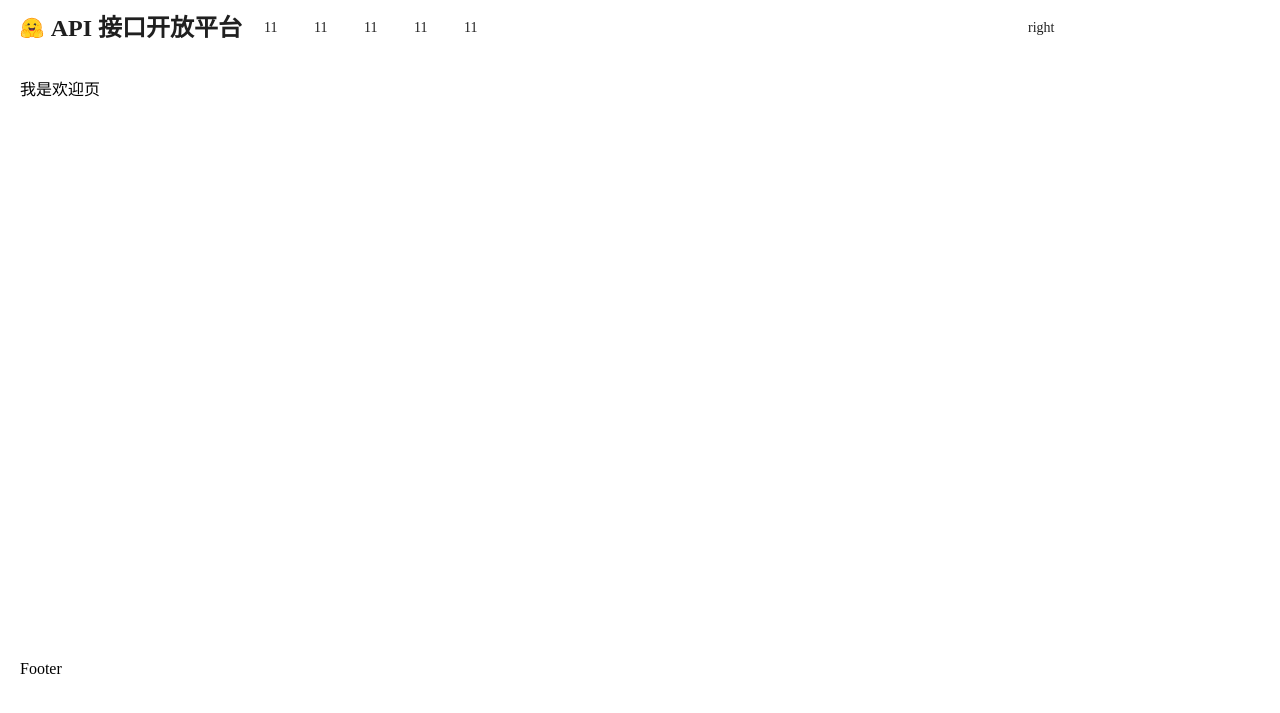
Repository: 202100202078/SignInBox
Page: /
The author's editor kept a copy of each file at every save. The page is drawn from the files as they stood at one save, then again after the next save.
The browser window is 1280 px wide. The pictures show the whole page.
The project was rebuilt for these pictures with package versions that can differ from the ones it lists, and the page was loaded fresh each time. Also part of the build but not shown: vite.config.js, src/components/FilterLayout.vue, src/components/PageFooter.vue, src/components/TableLayout.vue, src/components/ToolTip.vue.

Above is the page before, as saved 2023-11-23 20:33:58.

### src/main.js
import { createApp } from 'vue'
import '@/assets/base.scss'
import pinia from '@/stores/index'
import App from './App.vue'
import router from './router'
import ElementPlus from 'element-plus'
import 'element-plus/dist/index.css'

const app = createApp(App)

app.use(ElementPlus)
app.use(pinia)
app.use(router)

app.mount('#app')

### src/assets/base.scss
* {
  margin: 0px;
  padding: 0px;
  box-sizing: border-box;
}

ul {
  list-style:none;
}

li {
  list-style-type:none;
}

### src/stores/index.js
//将pinia相关代码整合至此
import { createPinia } from 'pinia'
import persist from 'pinia-plugin-persistedstate'

const pinia = createPinia()
pinia.use(persist)

export default pinia

export * from './modules/user'

### src/router/index.js
import { createRouter, createWebHistory } from 'vue-router'

const router = createRouter({
  history: createWebHistory(import.meta.env.BASE_URL),
  routes: [
    {
      path: '/login',
      name: 'login',
      component: () => import('@/views/login/LoginPage.vue')
    },
    {
      path: '/',
      name: 'home',
      component: () => import('@/views/layout/LayOutContainer.vue'),
      redirect: '/home/welcome',
      children: [
        {
          path: '/home/welcome',
          name: 'welcome',
          component: () => import('@/views/home/WelcomePage.vue')
        },
        {
          path: '/home/interface',
          name: 'interface',
          component: () => import('@/views/home/InterfacePage.vue')
        },
        {
          path: '/home/recharge',
          name: 'recharge',
          component: () => import('@/views/home/RechargePage.vue')
        },
        {
          path: '/home/order',
          name: 'order',
          component: () => import('@/views/home/OrderPage.vue')
        },
        {
          path: '/admin/interface',
          name: 'adminInterface',
          component: () => import('@/views/admin/InterfacePage.vue')
        },
        {
          path: '/admin/recharge',
          name: 'adminRecharge',
          component: () => import('@/views/admin/RechargePage.vue')
        },
        {
          path: '/admin/user',
          name: 'adminUser',
          component: () => import('@/views/admin/UserPage.vue')
        }
      ]
    },
    {
      path: '/:pathMatch(.*)',
      component: () => import('@/views/Else/ElsePage.vue')
    }
  ]
})

export default router

### src/stores/modules/user.js
import { defineStore } from 'pinia'
import { ref } from 'vue'

export const useUserStore = defineStore(
  'interface-user',
  () => {
    //用户标识
    const token = ref('')
    const setToken = (t) => {
      token.value = t
    }
    return {
      token,
      setToken
    }
  },
  {
    persist: true,
    key: 'interface-token',
    paths: ['token']
  }
)

### src/views/layout/LayOutContainer.vue
<script setup></script>

<template>
  <div class="my-layout">
    <el-container>
      <el-header>
        <div class="el-header-left">
          <a @click="$router.replace('/')">
            <img
              height="22"
              weight="auto"
              src="@/assets/avg/logo.svg"
              alt="logo"
            />
            <h1>API 接口开放平台</h1>
          </a>
        </div>
        <div class="el-header-main">
          <ul class="el-header-main-menu">
            <li><span>1</span><span>1</span></li>
            <li><span>1</span><span>1</span></li>
            <li><span>1</span><span>1</span></li>
            <li><span>1</span><span>1</span></li>
            <li><span>1</span><span>1</span></li>
          </ul>
        </div>
        <div class="el-header-right">right</div>
      </el-header>
      <el-main>
        <router-view></router-view>
      </el-main>
      <el-footer>Footer</el-footer>
    </el-container>
  </div>
</template>

<style lang="scss" scoped>
.my-layout {
  height: 100vh;
  .el-container {
    height: 100%;
    .el-header {
      position: fixed;
      left: 0;
      top: 0;
      display: flex;
      width: 100%;
      font-size: 14px;
      height: 56px;
      color: #000000e0;
      line-height: 56px;
      background-color: rgba(255, 255, 255, 0.6);
      z-index: 100;
      transition: background-color 0.3s cubic-bezier(0.645, 0.045, 0.355, 1);
      .el-header-left {
        width: 222px;
        > a {
          display: flex;
          justify-content: space-between;
          align-items: center;
          min-height: 22px;
          font-size: 16px;
          cursor: pointer;
        }
      }
      .el-header-main {
        display: flex;
        align-items: center;
        padding: 6px;
        flex: 1;
        .el-header-main-menu {
          width: 100%;
          display: flex;
          align-items: center;
          li {
            padding: 0 16px;
            width: 50px;
          }
        }
      }
      .el-header-right {
        width: 232px;
      }
    }
    .el-main {
      margin-top: 56px;
    }
  }
}
</style>

### src/views/home/WelcomePage.vue
<template>
  <div>我是欢迎页</div>
</template>

Loaded but not shown: index.html (common file); src/App.vue (common file)

After the next save:
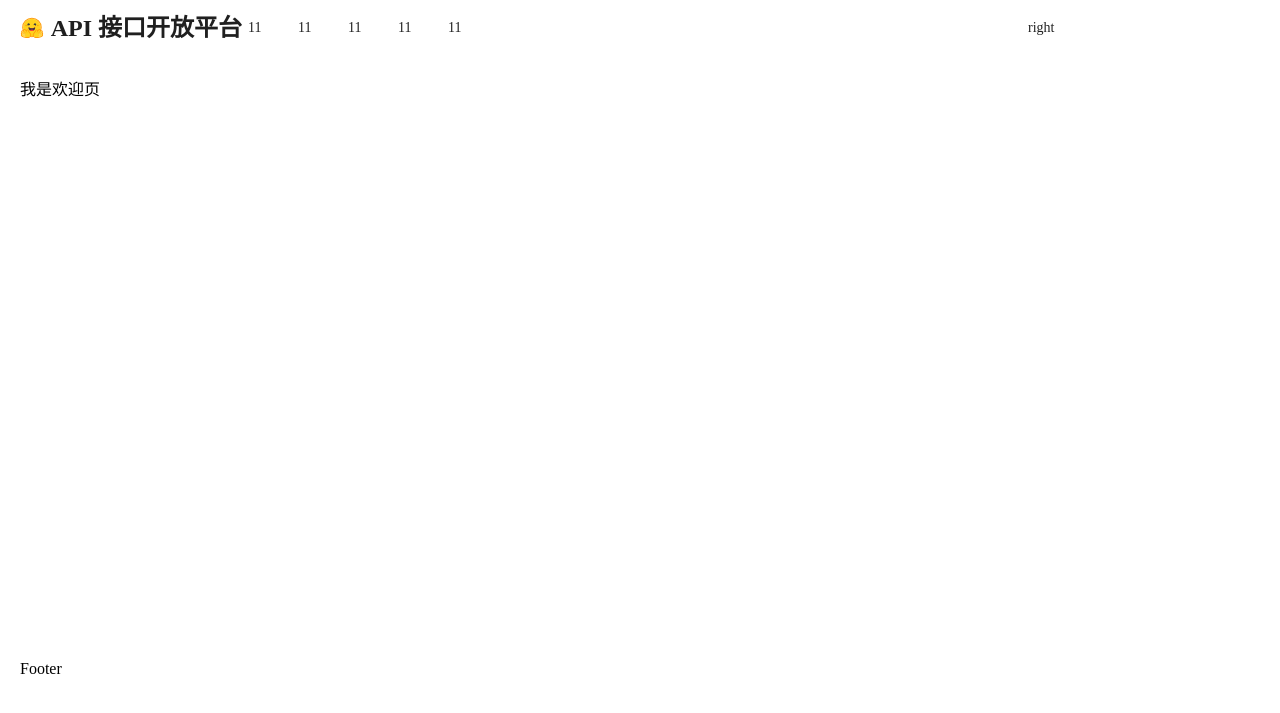
Saved 85 s later.
--- a/src/views/layout/LayOutContainer.vue
+++ b/src/views/layout/LayOutContainer.vue
@@ -73,7 +73,7 @@
           display: flex;
           align-items: center;
           li {
-            padding: 0 16px;
+            // padding: 0 16px;
             width: 50px;
           }
         }

After the save that followed:
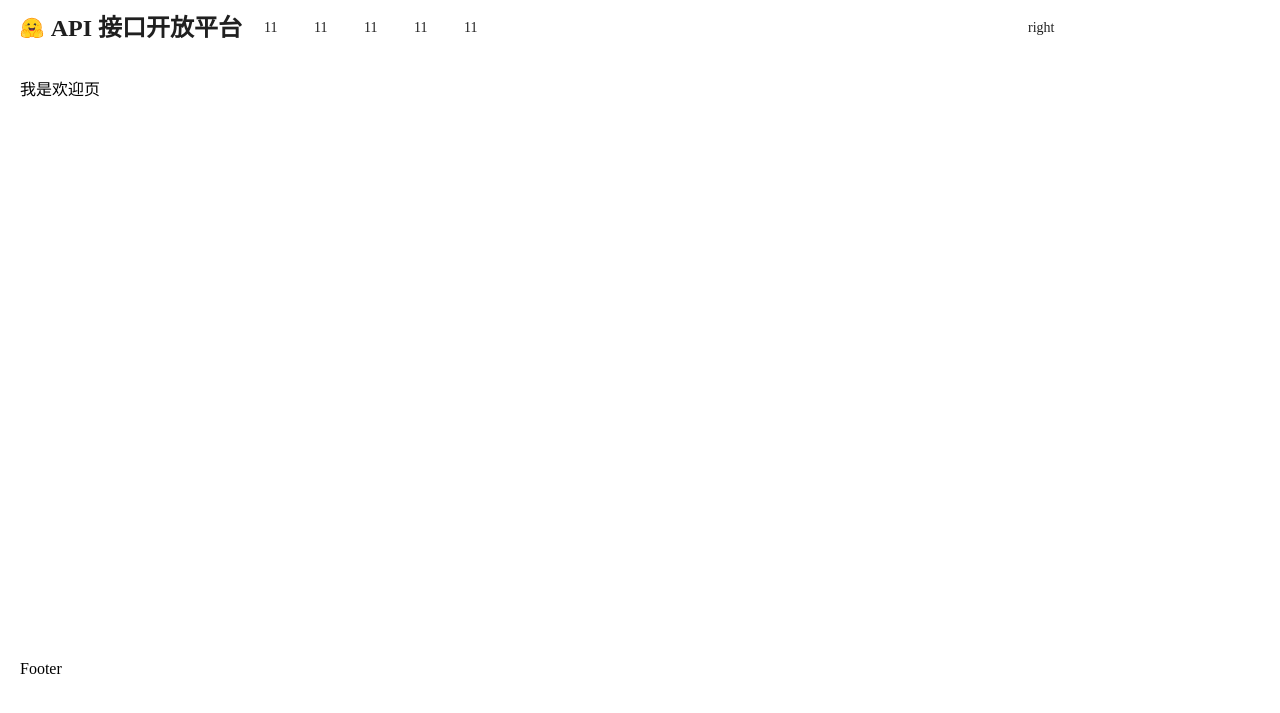
Saved 19 s later.
--- a/src/views/layout/LayOutContainer.vue
+++ b/src/views/layout/LayOutContainer.vue
@@ -74,6 +74,8 @@
           align-items: center;
           li {
             // padding: 0 16px;
+            box-sizing: border-box;
+            padding: 0 16px;
             width: 50px;
           }
         }
